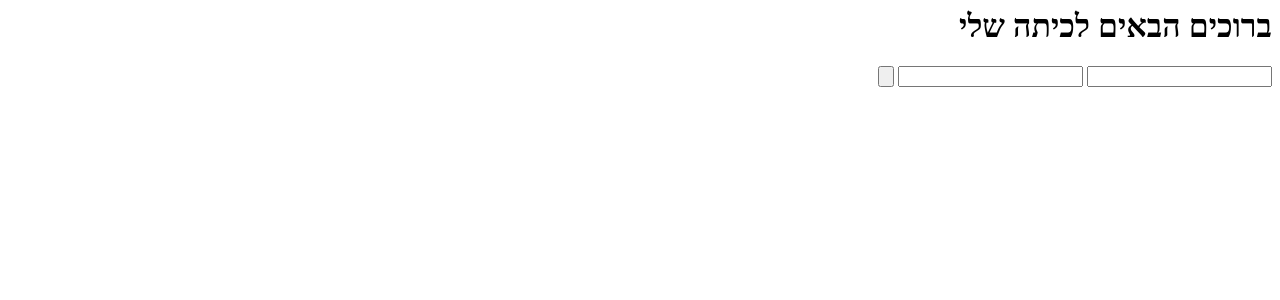
Repository: chaim1989/MyClass
Page: public/index.html
An editor plug-in stored every save of this project. The page is shown before and after the next save, followed by the edit.
The browser window is 1280 px wide. The pictures show the whole page.

Above is the page before, as saved 2021-10-12 16:40:51.

After the next save:
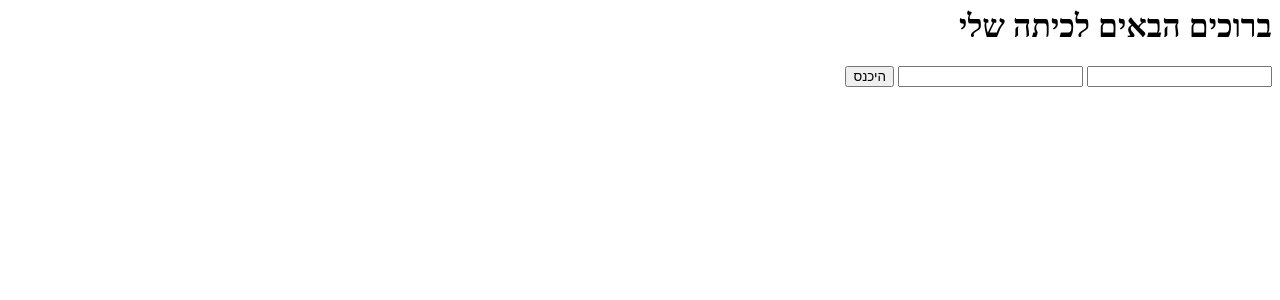
Saved 4 s later.
--- a/public/index.html
+++ b/public/index.html
@@ -8,7 +8,7 @@
         <div>
             <input type='text' id="username">
             <input type='password' id="password">
-            <input type="button" id="login" >
+            <input type="button" id="login" value='היכנס'>
         </div>
     </body>
     <script src="script.js" ></script>
